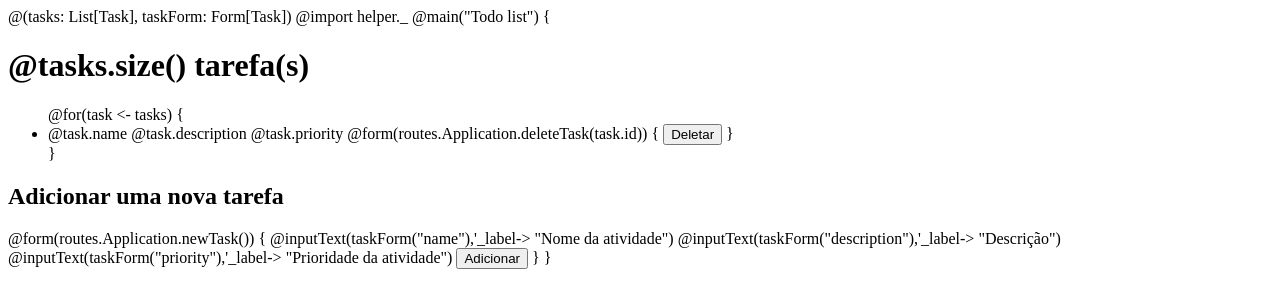
Repository: analuizamtg/si1
Page: lab2/todolist/.target/views/index.scala.html
These files come from the project's save history. The page is drawn as it stood at one moment and after the next save; the edit follows.
The browser window is 1280 px wide. The pictures show the whole page.

Above is the page before, as saved 2013-11-25 16:57:35.

### lab2/todolist/.target/views/index.scala.html
@(tasks: List[Task], taskForm: Form[Task])

@import helper._

@main("Todo list") {

    <h1>@tasks.size() tarefa(s)</h1>

    <ul>
        @for(task <- tasks) {
            <li>
                @task.name
                @task.description
                @task.priority


                @form(routes.Application.deleteTask(task.id)) {
                    <input type="submit" value="Deletar">
                }
            </li>
        }
    </ul>

    <h2>Adicionar uma nova tarefa</h2>

    @form(routes.Application.newTask()) {

        @inputText(taskForm("name"),'_label-> "Nome da atividade")
        @inputText(taskForm("description"),'_label-> "Descrição")
        @inputText(taskForm("priority"),'_label-> "Prioridade da atividade")

        <input type="submit" value="Adicionar">

    }

}

After the next save:
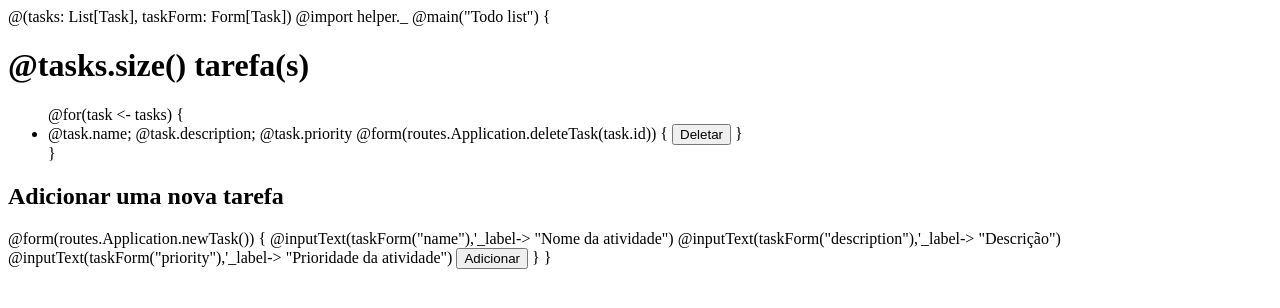
Saved 61 s later.
--- a/lab2/todolist/.target/views/index.scala.html
+++ b/lab2/todolist/.target/views/index.scala.html
@@ -9,8 +9,8 @@
     <ul>
         @for(task <- tasks) {
             <li>
-                @task.name
-                @task.description
+                @task.name;
+                @task.description;
                 @task.priority
 
 
